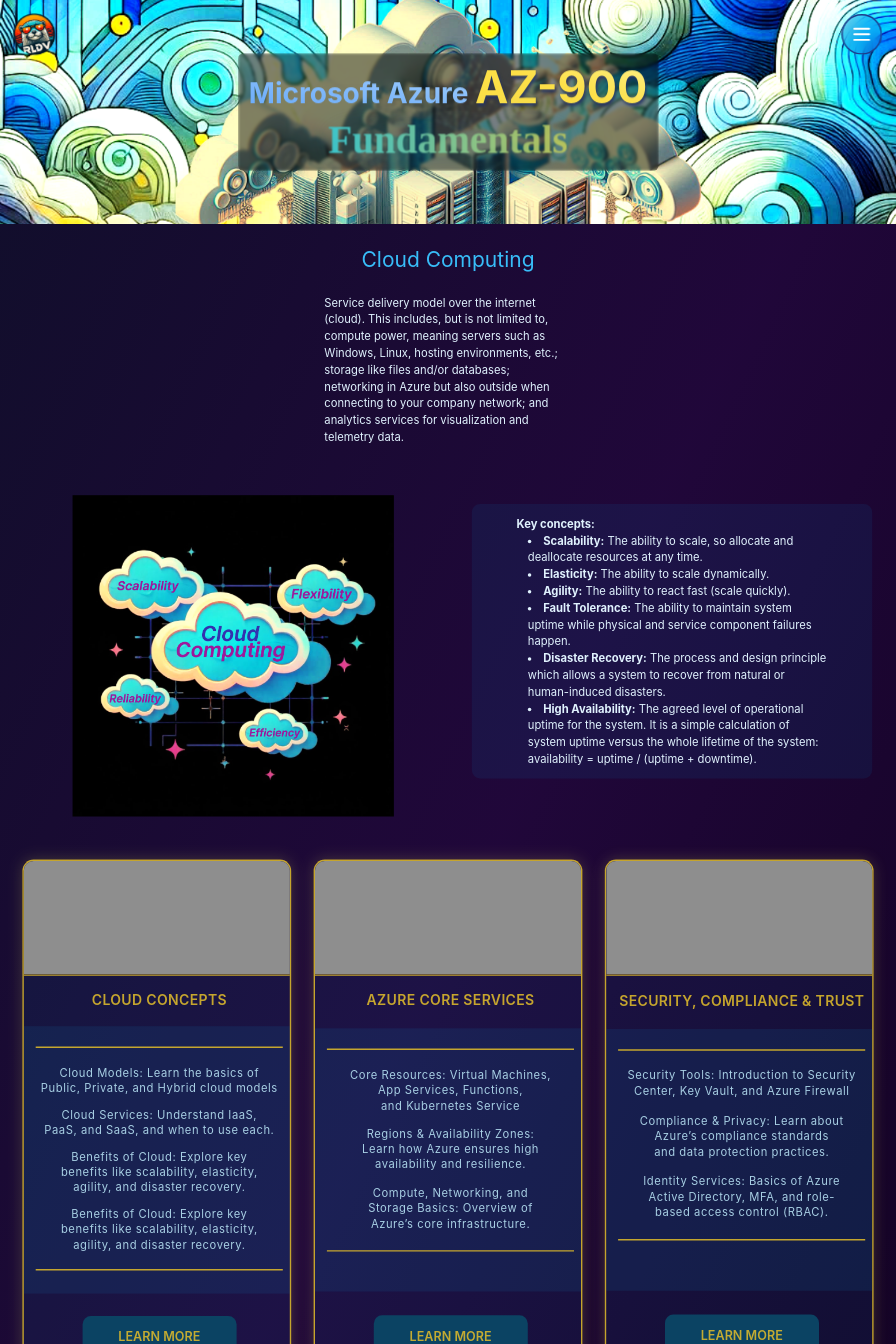
Repository: Freezler/az-900_svelte5
Page: /
These files come from the project's save history. The page is drawn as it stood at one moment and after the next save; the edit follows.
The browser window is 1280 px wide. The pictures show the part of the page from y = 0 to 1920 px (the page is 2706 px tall), at 70% of full size.
Pictures or frames that could not be fetched are drawn as grey boxes. The project was rebuilt for these pictures with package versions that can differ from the ones it lists, and the page was loaded fresh each time. The framework's server and built-in components were replaced by stand-ins that run in the browser. Also part of the build but not shown: vite.config.ts.

Above is the page before, as saved 2024-11-10 10:59:13.

After the next save:
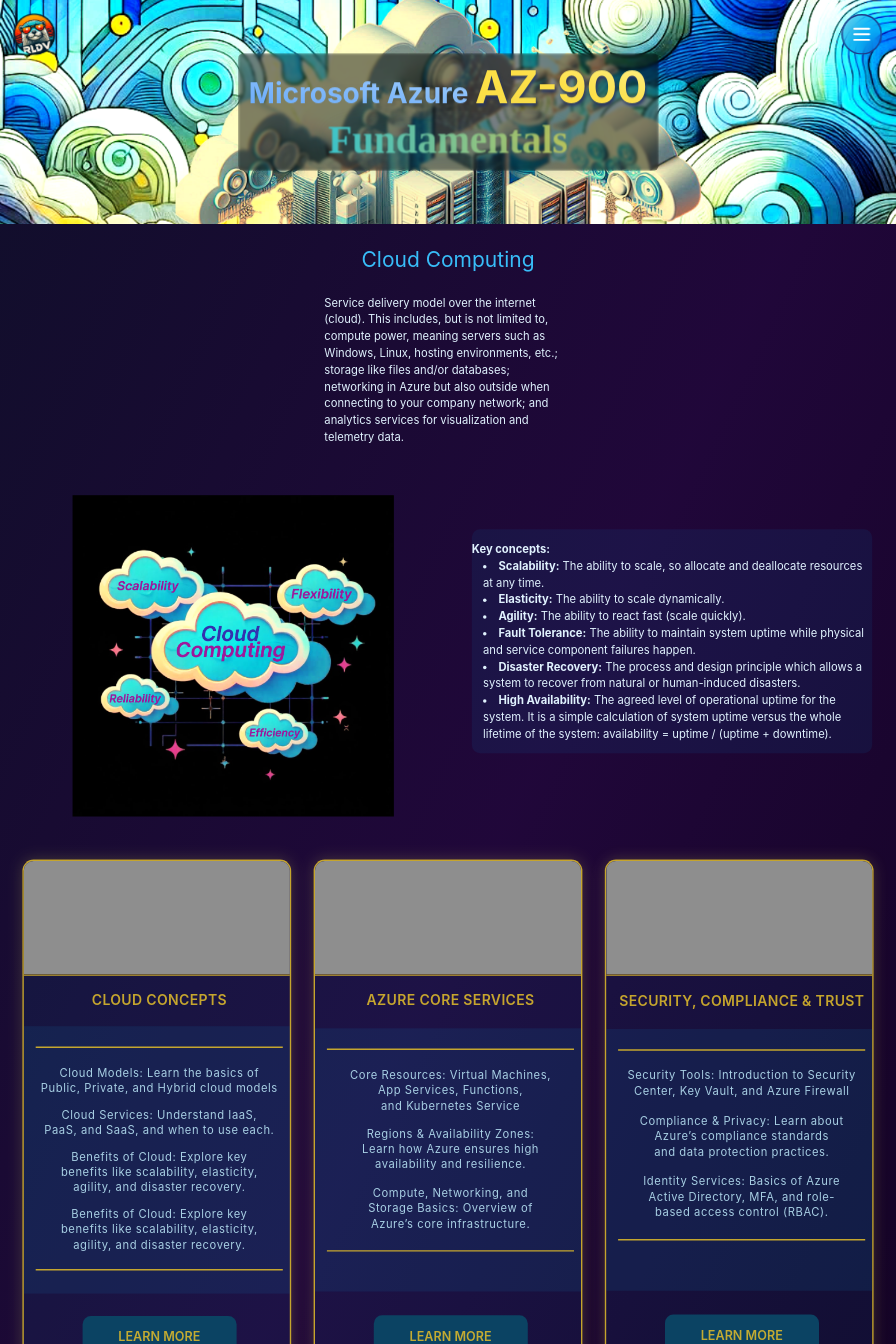
Saved 17 s later.
--- a/src/components/ComputingArticle.svelte
+++ b/src/components/ComputingArticle.svelte
@@ -17,7 +17,7 @@
 		class=" w-full md:w-[672px]  mx-auto rounded-2xl overflow-hidden  pr-12 -mt-8 drop-shadow-[(0_0px_22px_rgba(255,255,99,0.2))] "
 	/>
 	<article
-		class=" bg-sky-600/10  text-sky-100 px-16 py-4 w-[572px] my-6 rounded-xl "
+		class=" bg-sky-600/10  text-sky-100 px-0 py-4 w-[572px] my-6 rounded-xl "
 	>
 		<p><strong>Key concepts:</strong></p>
 		<ul class="list-inside list-disc pl-4">
